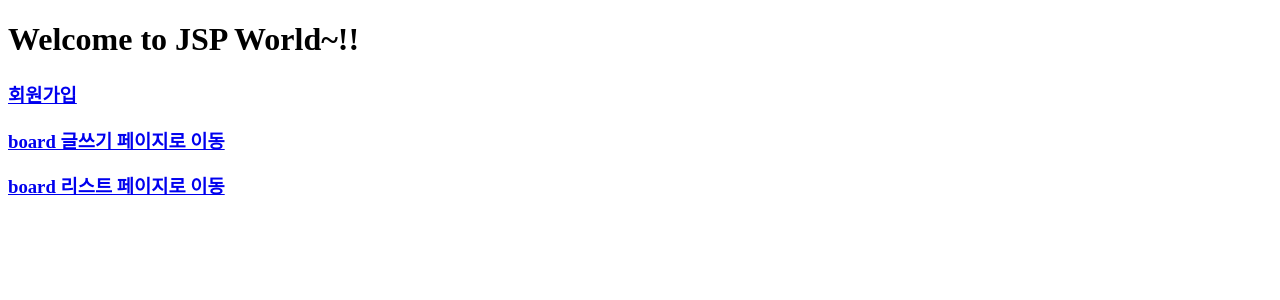
Repository: csk3830/jsp
Page: http://localhost/jsp_study/
An editor plug-in stored every save of this project. The page is shown before and after the next save, followed by the edit.
The browser window is 1280 px wide. The pictures show the whole page.
The page is served by Tomcat 9.

Above is the page before, as saved 2024-10-25 01:50:19.

After the next save:
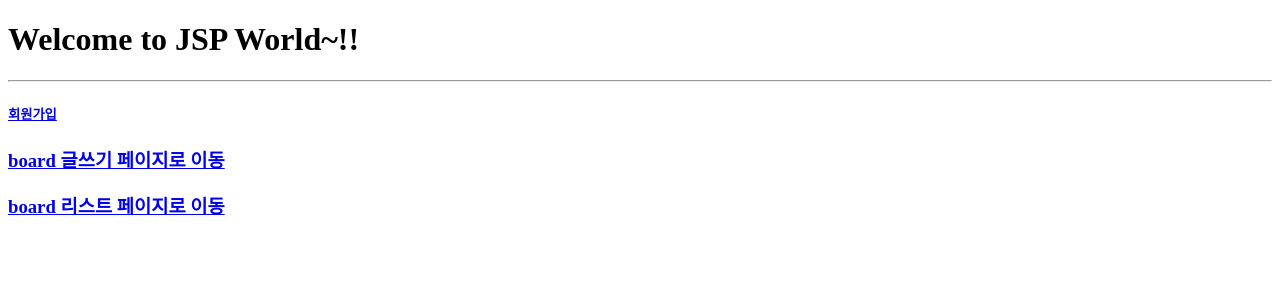
Saved 45 s later.
--- a/jsp_study/src/main/webapp/index.jsp
+++ b/jsp_study/src/main/webapp/index.jsp
@@ -8,7 +8,8 @@
 </head>
 <body>
 	<h1>Welcome to JSP World~!!</h1>
-	<h3><a href="/mem/join">회원가입</a></h3>
+	<hr>
+	<h5><a href="/mem/join">회원가입</a></h5>
 
 	<!-- jsp의 모든 경로는 controller로 이동하게 해야 함. -->
 	<h3><a href="/brd/register">board 글쓰기 페이지로 이동</a></h3>
